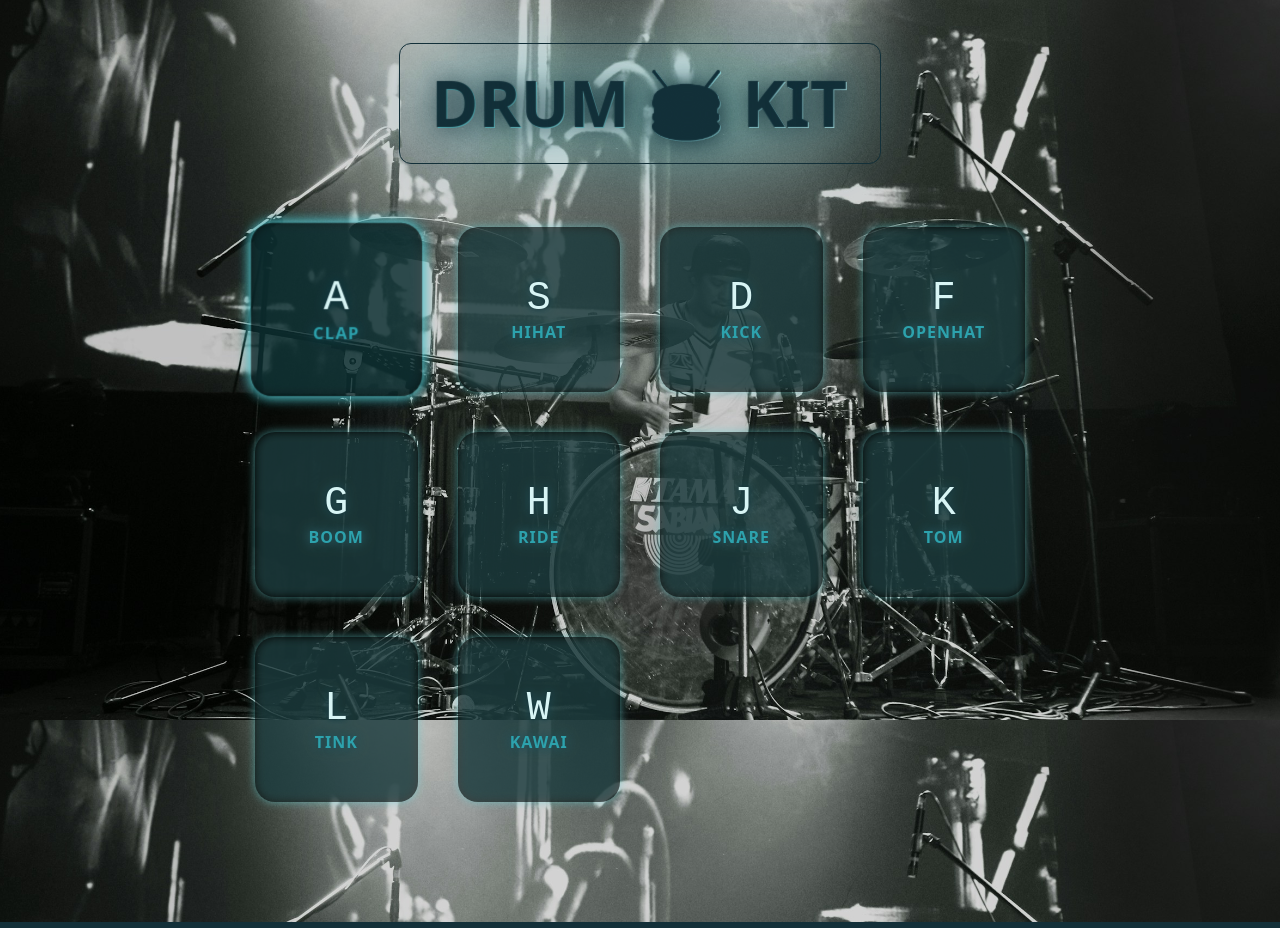
Repository: Freezler/drumkitJS
Page: index.html
The author's editor kept a copy of each file at every save. The page is drawn from the files as they stood at one save, then again after the next save.
The browser window is 1280 px wide. The pictures show the whole page.
After loading, the first visible `div.key` was clicked once.
Backgrounds fixed to the window are drawn as part of the page.

Above is the page before, as saved 2024-08-24 12:39:33.
Console error: ReferenceError: key is not defined

### index.html
<!DOCTYPE html>
<html lang="en">

<head>
  <meta name="viewport" content="width=device-width, initial-scale=1.0">
  <meta charset="UTF-8">
  <title>JS Drum Kit</title>
  <link rel="stylesheet" href="style.css">
  <link rel="icon" href="https://fav.farm/🔥" />
</head>

<body>
  <main>

    <h1>Drum 🥁 Kit</h1>

    <div class="keys">
      <div data-key="65" class="key">
        <kbd>A</kbd>
        <span class="sound">clap</span>
      </div>
      <div data-key="83" class="key">
        <kbd>S</kbd>
        <span class="sound">hihat</span>
      </div>
      <div data-key="68" class="key">
        <kbd>D</kbd>
        <span class="sound">kick</span>
      </div>
      <div data-key="70" class="key">
        <kbd>F</kbd>
        <span class="sound">openhat</span>
      </div>
      <div data-key="71" class="key">
        <kbd>G</kbd>
        <span class="sound">boom</span>
      </div>
      <div data-key="72" class="key">
        <kbd>H</kbd>
        <span class="sound">ride</span>
      </div>
      <div data-key="74" class="key">
        <kbd>J</kbd>
        <span class="sound">snare</span>
      </div>
      <div data-key="75" class="key">
        <kbd>K</kbd>
        <span class="sound">tom</span>
      </div>
      <div data-key="76" class="key">
        <kbd>L</kbd>
        <span class="sound">tink</span>
      </div>
      <div data-key="87" class="key">
        <kbd>W</kbd>
        <span class="sound">kawai</span>
      </div>
    </div>
  </main>

  <audio data-key="65" src="sounds/clap.wav"></audio>
  <audio data-key="83" src="sounds/hihat.wav"></audio>
  <audio data-key="68" src="sounds/kick.wav"></audio>
  <audio data-key="70" src="sounds/openhat.wav"></audio>
  <audio data-key="71" src="sounds/boom.wav"></audio>
  <audio data-key="72" src="sounds/ride.wav"></audio>
  <audio data-key="74" src="sounds/snare.wav"></audio>
  <audio data-key="75" src="sounds/tom.wav"></audio>
  <audio data-key="76" src="sounds/tink.wav"></audio>
  <audio data-key="87" src="sounds/kawai.wav"></audio>


  <script>
    function removeTransition(event) {
      const { propertyName } = event;
      if (propertyName !== 'transform') return;
      event.target.classList.remove('playing');
    }

    function playSound(event) {
      const keyCode = event.type === 'keydown' ? event.keyCode : this.getAttribute('data-key');
      const audio = document.querySelector(`audio[data-key="${keyCode}"]`);
      const key = document.querySelector(`.key[data-key="${keyCode}"]`);
      if (!audio) return;
      key.classList.add('playing');
      audio.currentTime = 0;
      audio.play();
    }

    window.addEventListener('keydown', playSound);

    const keys = document.querySelectorAll('.key');
    keys.forEach(key => {
      key.addEventListener('transitionend', removeTransition);
      key.addEventListener('click', playSound);
    });
    key.addEventListener('touchstart', function (event) {
      event.preventDefault();  // Prevent default touch behavior
      playSound.call(this, event);
    });
  </script>


</body>

</html>

### style.css
:root {
  --000: #f0fbfa;
  --100: #d8f5f5;
  --200: #b5eaec;
  --300: #63cfd5;
  --400: #48bfc8;
  --500: #2da2ad;
  --600: #288492;
  --700: #266b78;
  --800: #275963;
  --900: #254a54;
  --950: #133039;

}

html {
  font-size: 10px;
  background: url('./background2.jpg') bottom center;
  background-color: var(--950);
  background-size: cover;
  scroll-behavior: smooth;
  background-attachment: fixed;
  background-position: center center;
  background-repeat: no-repeat;
  height: 100vh;
  user-select: none;
  display: grid;
  place-items: center;
}

body,
html {
  margin: 0;
  padding: 0;
  font-family: system-ui, -apple-system, BlinkMacSystemFont, Roboto, Oxygen, Ubuntu, Cantarell, 'Open Sans', 'Helvetica Neue', sans-serif;


}

h1 {
  font-size: clamp(4rem, 5vw, 5em);
  font-weight: 400;
  text-align: center;
  color: var(--000);
  padding-block: 1.6rem;
  padding-inline: 3.2rem;
  text-align: center;
  background-image: linear-gradient(90deg, var(--300) 0%, var(--200) 100%);
  border: 1px solid var(--950);
  border-radius:12px;
  color: transparent;
  background-clip: text;
  -webkit-background-clip: text;
  text-transform: uppercase;
  font-size: clamp(6rem, 5vw, 10rem);
  text-shadow:1px 1px 24px var(--950), -1px -1px 1px #133039;
  font-weight: 700;
  transition: all 0.2s ease;
  filter: drop-shadow(0 0 48px var(--300));
}

main {
  place-self: center;
  display: grid;
  place-items: center;
  height: 100%;
  place-content: center;
  text-align: center;
  width: 100%;
  transition: all 0.07s;
  padding-bottom: 10rem;
}

.keys {
  display: grid;
  grid-template-columns: repeat(2, 1fr); /* Default for small screens */
  text-align: center;
  transition: all 0.03s;
  place-items: center;
}

.key {

  border-radius: 2rem;
  margin: 2rem;
  padding: .25rem .125rem;
  transition: all .07s ease;
  width: 16rem;
  height: 16rem;
  display: grid;
  place-items: center;
  place-content: center;
  text-align: center;
  color: var(--100);
  filter: drop-shadow(0 0 .5rem var(--300));
  text-shadow: 0 0 .5rem var(--950);
  background: #01010199;
}

@media screen and (max-width: 720px) {
  .keys {
    grid-template-columns: repeat(2, 1fr); /* 2 columns for small screens */
    place-items: center;
    justify-content: center;
    height: 100vh;
}
}
@media screen and (max-width: 759px) {
  .keys {
    grid-template-columns: repeat(2, 1fr); /* 2 columns for small screens */
    place-items: center;
    justify-content: center;
    height: 100vh;
  }
}

@media screen and (min-width: 760px) and (max-width: 980px) {
  .keys {
    grid-template-columns: repeat(3, 1fr); /* 3 columns for medium screens */
    place-items: center;
    justify-content: center;
    height: 100vh;
  }
}

@media screen and (min-width: 980px) {
  .keys {
    grid-template-columns: repeat(4, 1fr); /* 4 columns for large screens */
    place-items: center;
    height: 100%;
  }
}

.playing {
  transform: scale(1.05);
  border: solid var(--200);
  box-shadow: 0 0 1rem var(--300);
  filter: drop-shadow(0 0 .5rem var(--500));


}

kbd {
  display: grid;
  font-size: 4rem;
}

.sound {
  font-size: 1.6rem;
  text-transform: uppercase;
  letter-spacing: .1rem;
  color: var(--500);
  filter: drop-shadow(0 0 24rem var(--100));
  text-shadow: 0 0 1rem var(--900);
  transition: all 0.07s;
  font-weight: 700;
}

After the next save:
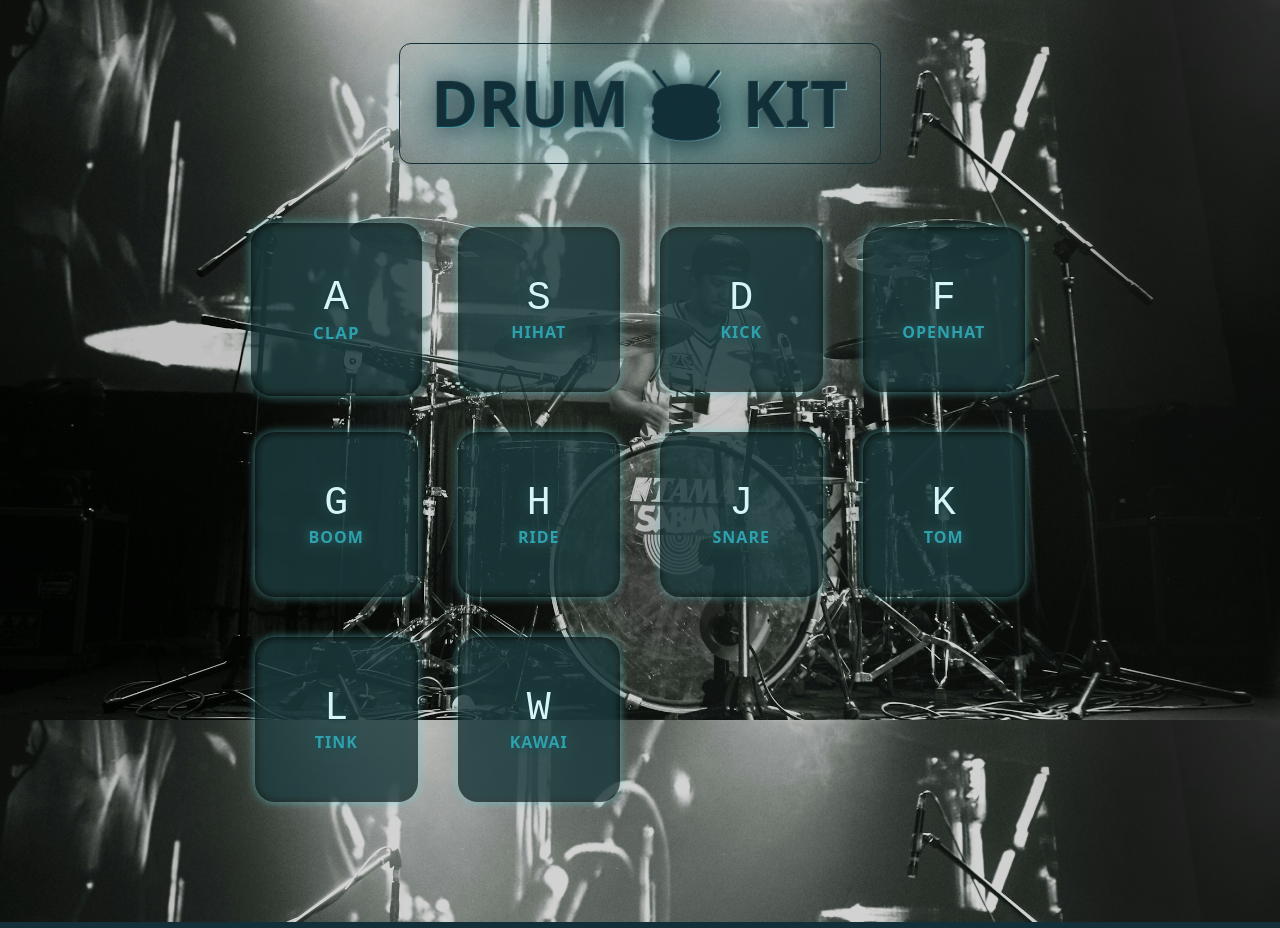
Saved 2 min 36 s later.
--- a/style.css
+++ b/style.css
@@ -95,6 +95,7 @@
   filter: drop-shadow(0 0 .5rem var(--300));
   text-shadow: 0 0 .5rem var(--950);
   background: #01010199;
+  transition: transform 0.07s ease;
 }
 
 @media screen and (max-width: 720px) {
@@ -136,8 +137,6 @@
   border: solid var(--200);
   box-shadow: 0 0 1rem var(--300);
   filter: drop-shadow(0 0 .5rem var(--500));
-
-
 }
 
 kbd {

After the save that followed:
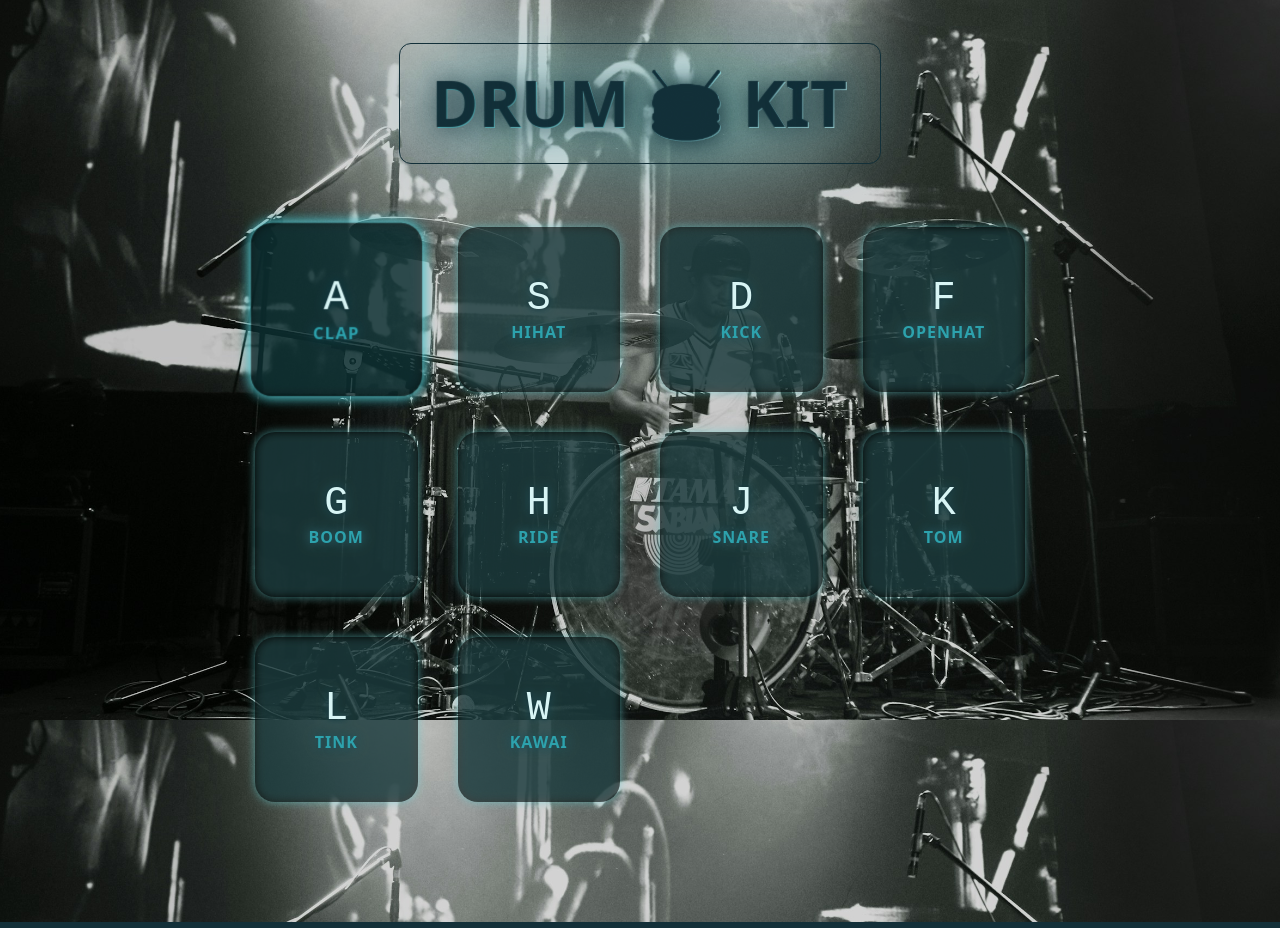
Saved 117 s later.
--- a/style.css
+++ b/style.css
@@ -47,13 +47,13 @@
   text-align: center;
   background-image: linear-gradient(90deg, var(--300) 0%, var(--200) 100%);
   border: 1px solid var(--950);
-  border-radius:12px;
+  border-radius: 12px;
   color: transparent;
   background-clip: text;
   -webkit-background-clip: text;
   text-transform: uppercase;
   font-size: clamp(6rem, 5vw, 10rem);
-  text-shadow:1px 1px 24px var(--950), -1px -1px 1px #133039;
+  text-shadow: 1px 1px 24px var(--950), -1px -1px 1px #133039;
   font-weight: 700;
   transition: all 0.2s ease;
   filter: drop-shadow(0 0 48px var(--300));
@@ -73,18 +73,19 @@
 
 .keys {
   display: grid;
-  grid-template-columns: repeat(2, 1fr); /* Default for small screens */
+  grid-template-columns: repeat(2, 1fr);
+  /* Default for small screens */
   text-align: center;
   transition: all 0.03s;
   place-items: center;
 }
 
 .key {
-
   border-radius: 2rem;
   margin: 2rem;
   padding: .25rem .125rem;
-  transition: all .07s ease;
+  transition: all 0.07s ease;
+  /* Combined transition properties */
   width: 16rem;
   height: 16rem;
   display: grid;
@@ -95,20 +96,12 @@
   filter: drop-shadow(0 0 .5rem var(--300));
   text-shadow: 0 0 .5rem var(--950);
   background: #01010199;
-  transition: transform 0.07s ease;
 }
 
-@media screen and (max-width: 720px) {
-  .keys {
-    grid-template-columns: repeat(2, 1fr); /* 2 columns for small screens */
-    place-items: center;
-    justify-content: center;
-    height: 100vh;
-}
-}
 @media screen and (max-width: 759px) {
   .keys {
-    grid-template-columns: repeat(2, 1fr); /* 2 columns for small screens */
+    grid-template-columns: repeat(2, 1fr);
+    /* 2 columns for small screens */
     place-items: center;
     justify-content: center;
     height: 100vh;
@@ -117,16 +110,14 @@
 
 @media screen and (min-width: 760px) and (max-width: 980px) {
   .keys {
-    grid-template-columns: repeat(3, 1fr); /* 3 columns for medium screens */
-    place-items: center;
-    justify-content: center;
-    height: 100vh;
+    /* Add your specific styles for this screen size range */
   }
 }
 
 @media screen and (min-width: 980px) {
   .keys {
-    grid-template-columns: repeat(4, 1fr); /* 4 columns for large screens */
+    grid-template-columns: repeat(4, 1fr);
+    /* 4 columns for large screens */
     place-items: center;
     height: 100%;
   }
